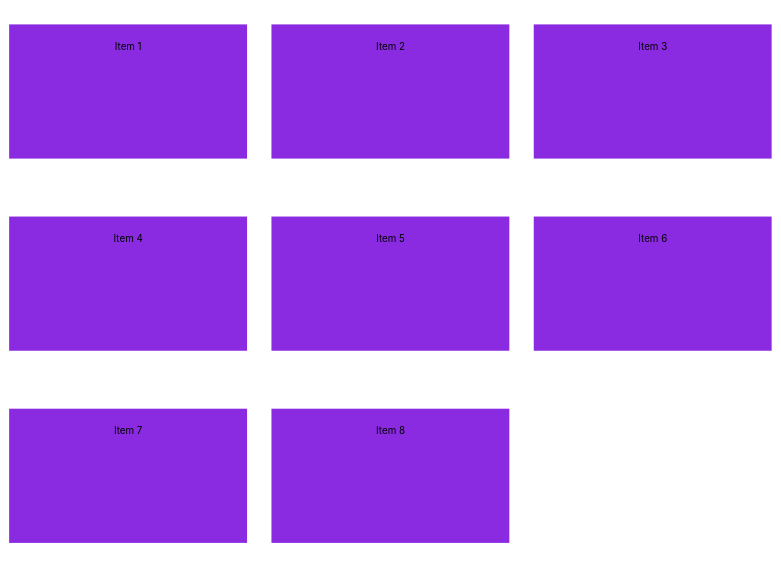
Repository: thai-shriya/anxiety-tracker
Page: /
These files come from the project's save history. The page is drawn as it stood at one moment and after the next save; the edit follows.
The browser window is 1280 px wide. The pictures show the whole page, at 61% of full size.
The project was rebuilt for these pictures with package versions that can differ from the ones it lists, and the page was loaded fresh each time.

Above is the page before, as saved 2024-04-22 15:06:53.

### src/App.js
import './App.css';

function App() {
  return (
    <div className='grid-container'>
      <div className='grid-item'><p>Item 1</p></div>
      <div className='grid-item'><p>Item 2</p></div>
      <div className='grid-item'><p>Item 3</p></div>
      <div className='grid-item'><p>Item 4</p></div>
      <div className='grid-item'><p>Item 5</p></div>
      <div className='grid-item'><p>Item 6</p></div>
      <div className='grid-item'><p>Item 7</p></div>
      <div className='grid-item'><p>Item 8</p></div>
    </div>

  );
}

export default App;

### src/App.css
.grid-container{
  display: grid;
  grid-template-columns: auto auto auto;
  column-gap: 10px;
  row-gap: 15px;
}

.grid-item{
  padding: 10px;
  text-align: center;
  border: 1px red;
  background-color:blueviolet;
  margin: 40px 15px 40px 15px;
  height: 200px;
}

Loaded but not shown: public/index.html (common file); src/index.js (common file); src/index.css (common file); src/reportWebVitals.js (common file)

After the next save:
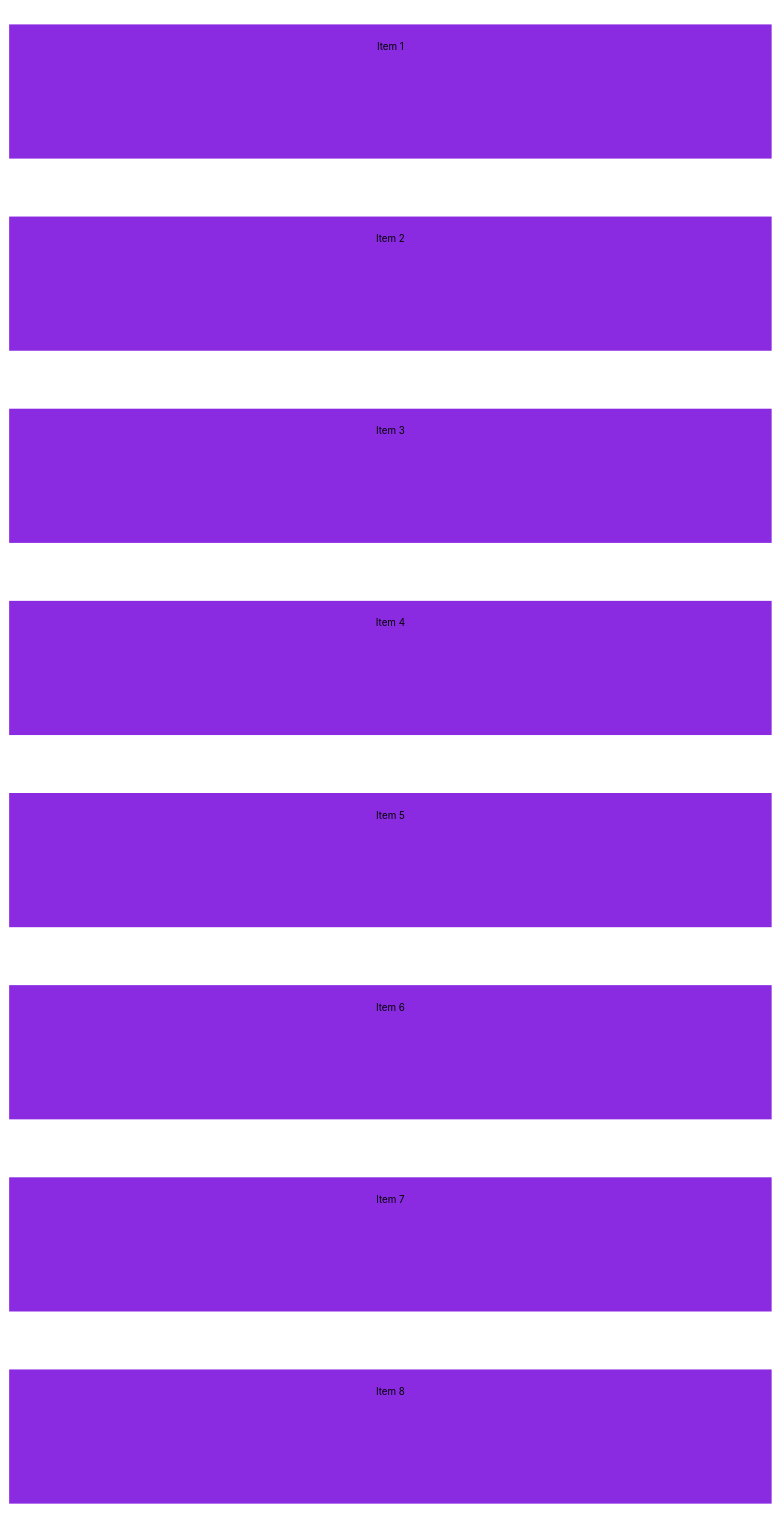
Saved 3 min 13 s later.
--- a/src/App.css
+++ b/src/App.css
@@ -1,6 +1,6 @@
 .grid-container{
   display: grid;
-  grid-template-columns: auto auto auto;
+
   column-gap: 10px;
   row-gap: 15px;
 }

After the save that followed:
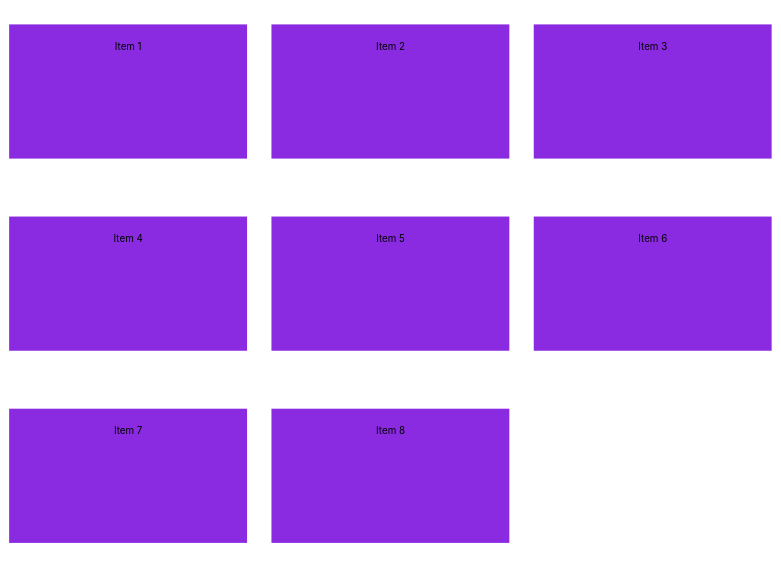
Saved 4 s later.
--- a/src/App.css
+++ b/src/App.css
@@ -1,6 +1,6 @@
 .grid-container{
   display: grid;
-
+  grid-template-columns: auto auto auto;
   column-gap: 10px;
   row-gap: 15px;
 }
